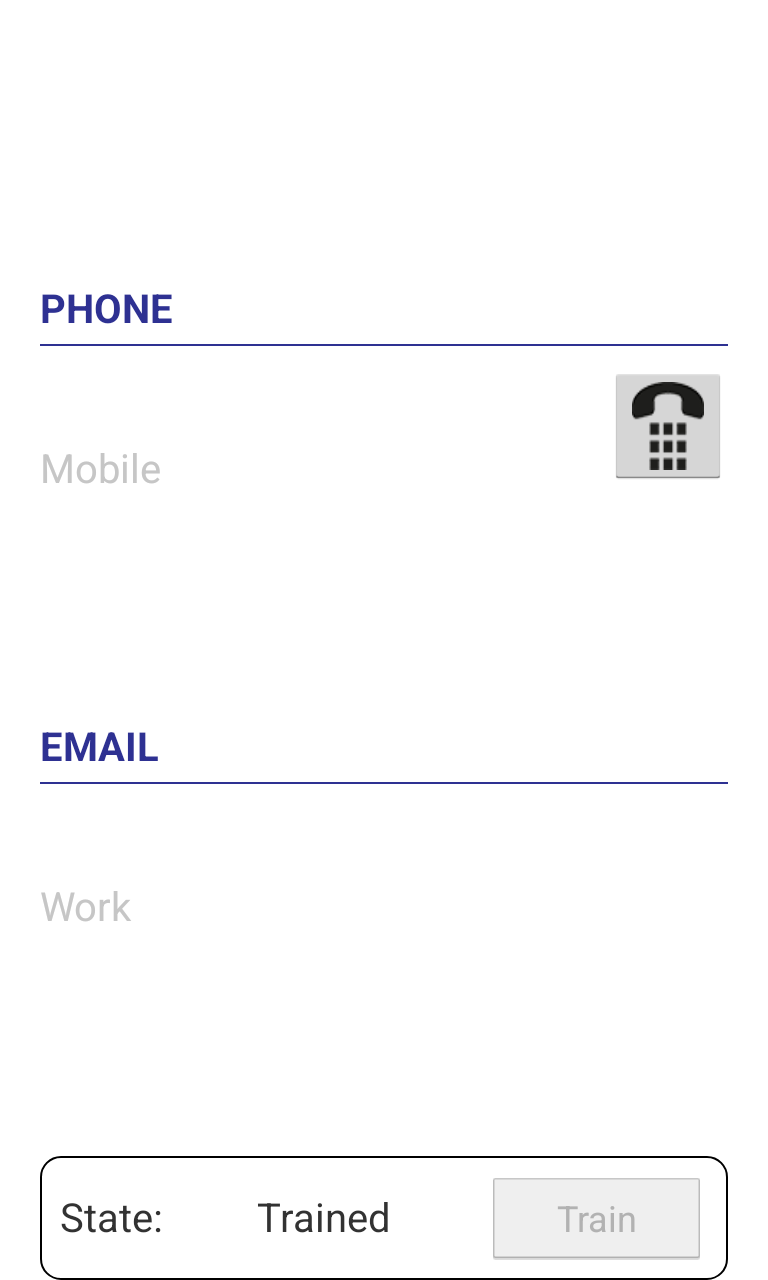
Repository: GitDidNotExitCleanly/FaceLabel
Layout: FaceLabel/res/layout/fragment_member_display.xml
These files come from the project's save history. The layout is drawn as it stood at one moment and after the next save; the edit follows.
It is drawn on a 768 x 1280 px phone screen (xhdpi) without system bars, with theme AppTheme; the app's code is not run.

Above is the layout before, as saved 2015-05-12 17:08:29.

### FaceLabel/res/layout/fragment_member_display.xml
<LinearLayout xmlns:android="http://schemas.android.com/apk/res/android"
    xmlns:tools="http://schemas.android.com/tools"
    android:layout_width="match_parent"
    android:layout_height="match_parent"
    android:gravity="center"
    android:orientation="vertical"
    android:paddingLeft="20dp"
    android:paddingRight="20dp"
    tools:context="com.facelabel.contacts.member.MemberDisplayFragment" >

    <LinearLayout
        android:layout_width="match_parent"
        android:layout_height="wrap_content"
        android:layout_marginBottom="20dp"
        android:layout_marginTop="20dp"
        android:gravity="center" >

        <ImageView
            android:id="@+id/activity_member_photo"
            android:layout_width="100dp"
            android:layout_height="100dp"
            android:scaleType="fitXY" />

        <TextView
            android:id="@+id/activity_member_name"
            android:layout_width="0dp"
            android:layout_height="wrap_content"
            android:paddingLeft="20dp"
            android:textSize="30sp"
            android:layout_weight="1"/>

    </LinearLayout>

    <LinearLayout
        android:layout_width="match_parent"
        android:layout_height="wrap_content"
        android:layout_weight="1"
        android:orientation="vertical" >

        <TextView
            android:layout_width="wrap_content"
            android:layout_height="wrap_content"
            android:text="PHONE"
            android:textStyle="bold"
            android:textColor="#2E3192"
            android:textSize="20sp" />

       	<View
			android:layout_width="fill_parent"
			android:layout_height="1dp"
			android:layout_marginTop="5dp"
			android:layout_marginBottom="10dp"
			android:background="#2E3192"/>

       	<LinearLayout
       	    android:layout_width="match_parent"
       	    android:layout_height="wrap_content"
       	    android:orientation="horizontal" >

       		<LinearLayout
       		    android:layout_width="match_parent"
       		    android:layout_height="wrap_content"
       		    android:layout_weight="1"
       		    android:orientation="vertical" >

       		    <TextView
       		        android:id="@+id/activity_member_phone"
       		        android:layout_width="wrap_content"
       		        android:layout_height="wrap_content"
       		        android:textSize="20sp" />

       		    <TextView
       		        android:layout_width="wrap_content"
       		        android:layout_height="wrap_content"
       		        android:layout_marginBottom="10dp"
       		        android:layout_marginTop="10dp"
       		        android:text="Mobile"
       		        android:textColor="#C6C6C6"
       		        android:textSize="20sp" />
       		</LinearLayout>

       		<ImageButton
       		    android:id="@+id/fragment_member_display_dial"
       		    android:layout_width="120dp"
       		    android:layout_height="60dp"
       		    android:scaleType="fitXY"
       		    android:layout_weight="1"
       		    android:src="@drawable/dial" />

       	</LinearLayout>

    </LinearLayout>

    <LinearLayout
        android:layout_width="match_parent"
        android:layout_height="wrap_content"
        android:layout_weight="1"
        android:orientation="vertical" >

        <TextView
            android:layout_width="wrap_content"
            android:layout_height="wrap_content"
            android:text="EMAIL"
            android:textStyle="bold"
            android:textColor="#2E3192"
            android:textSize="20sp" />

        <View
			android:layout_width="fill_parent"
			android:layout_height="1dp"
			android:layout_marginTop="5dp"
			android:layout_marginBottom="10dp"
			android:background="#2E3192"/>

       	<LinearLayout
            android:layout_width="match_parent"
            android:layout_height="wrap_content"
            android:orientation="vertical" >

            <TextView
				android:id="@+id/activity_member_email"
                android:layout_width="wrap_content"
                android:layout_height="wrap_content"
                android:textSize="20sp" />

            <TextView
                android:layout_width="wrap_content"
                android:layout_height="wrap_content"
                android:layout_marginTop="10dp"
                android:layout_marginBottom="10dp"
                android:textColor="#C6C6C6"
                android:text="Work"
                android:textSize="20sp" />

        </LinearLayout>

    </LinearLayout>

    <LinearLayout
        android:layout_width="match_parent"
        android:layout_height="wrap_content"
        android:paddingLeft="10dp"
        android:paddingRight="10dp"
        android:background="@drawable/group_list_background" >

        <TextView
            android:id="@+id/textView1"
            android:layout_width="wrap_content"
            android:layout_height="wrap_content"
            android:layout_weight="1"
            android:textSize="20sp"
            android:text="State:" />

        <TextView
            android:id="@+id/textView2"
            android:layout_width="wrap_content"
            android:layout_height="wrap_content"
            android:layout_weight="1"
            android:textSize="20sp"
            android:text="Trained" />

        <Button
            android:id="@+id/button1"
            android:layout_width="wrap_content"
            android:layout_height="wrap_content"
            android:layout_weight="1"
            android:enabled="false"
            android:text="Train" />

    </LinearLayout>

</LinearLayout>

### FaceLabel/res/values/styles.xml
<resources>

    <!--
        Base application theme, dependent on API level. This theme is replaced
        by AppBaseTheme from res/values-vXX/styles.xml on newer devices.
    -->
    <style name="AppBaseTheme" parent="android:Theme.Light">
        <!--
            Theme customizations available in newer API levels can go in
            res/values-vXX/styles.xml, while customizations related to
            backward-compatibility can go here.
        -->
    </style>

    <!-- Application theme. -->
    <style name="AppTheme" parent="AppBaseTheme">
        <!-- All customizations that are NOT specific to a particular API-level can go here. -->
    </style>

    <style name="PopupMenuAnimation" parent="android:Animation">
        <item name="android:windowEnterAnimation">@anim/slide_up_dialog</item>
        <item name="android:windowExitAnimation">@anim/slide_out_down</item>
	</style>

</resources>

### FaceLabel/res/drawable-mdpi/group_list_background.xml
<?xml version="1.0" encoding="utf-8"?>
<shape xmlns:android="http://schemas.android.com/apk/res/android"
    android:shape="rectangle">
    <solid android:color="#ff0000ff"/>
    <stroke android:width="1dp" android:color="#000000" />
    <gradient
        android:startColor="#FFFFFF"
        android:endColor="#FFFFFF"/>
    <padding android:left="7dp"
        android:top="7dp"
        android:right="7dp"
        android:bottom="7dp" />
    <corners android:radius="10dp" />
</shape>

Loaded but not shown: FaceLabel/res/values-v11/styles.xml (common file); FaceLabel/res/values-v14/styles.xml (common file)

After the next save:
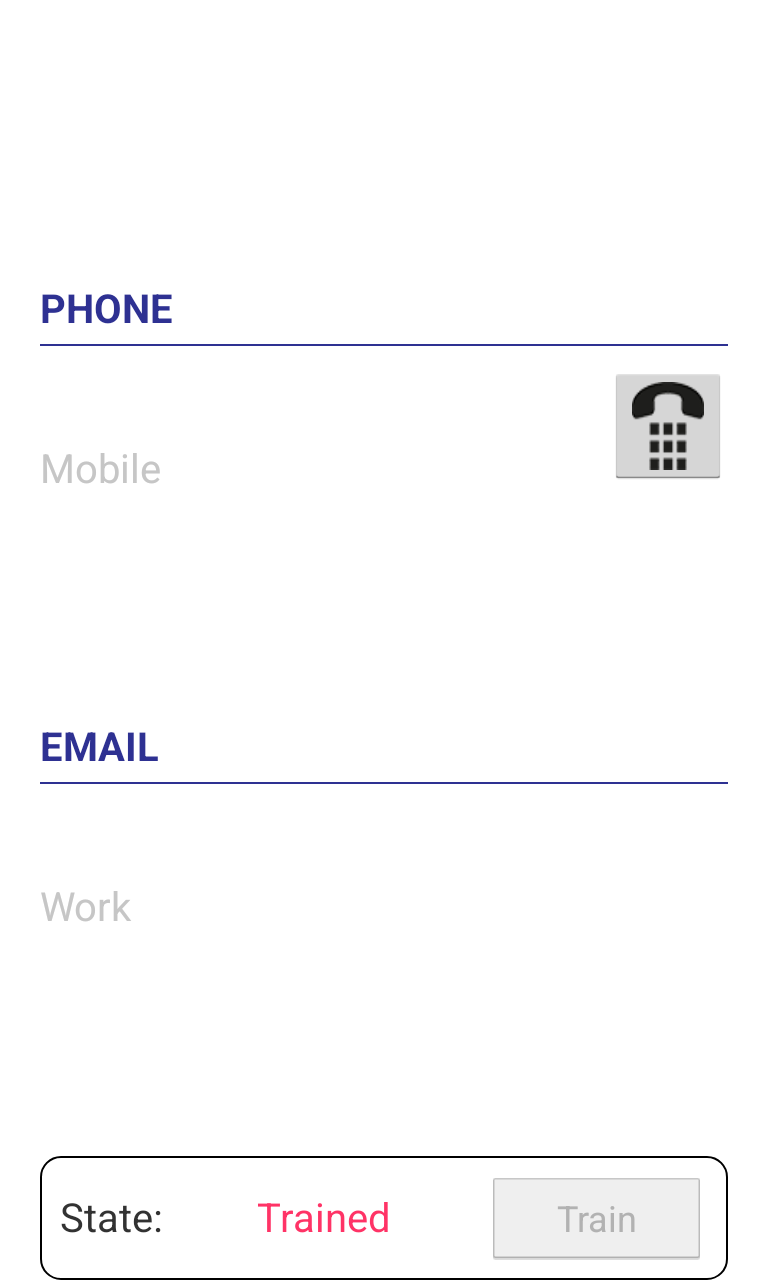
Saved 42 s later.
--- a/FaceLabel/res/layout/fragment_member_display.xml
+++ b/FaceLabel/res/layout/fragment_member_display.xml
@@ -157,6 +157,7 @@
             android:layout_height="wrap_content"
             android:layout_weight="1"
             android:textSize="20sp"
+            android:textColor="#FF3366 "
             android:text="Trained" />
 
         <Button
